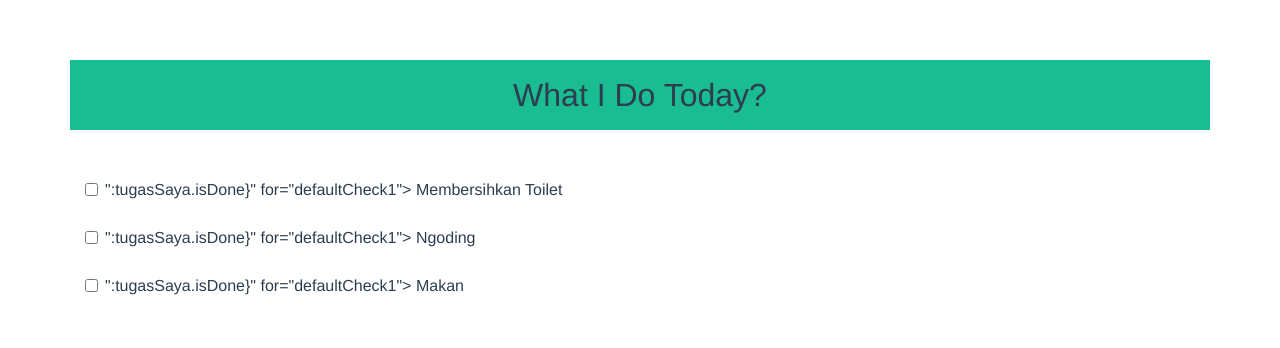
Repository: AdiPrimanto/praxis-academy
Page: / (app in novice/03-05/todolist/)
An editor plug-in stored every save of this project. The page is shown before and after a run of saves, followed by the edit.
The browser window is 1280 px wide. The pictures show the whole page.
The project was rebuilt for these pictures with package versions that can differ from the ones it lists, and the page was loaded fresh each time.

Above is the page before, as saved 2019-11-29 15:08:36.

After the next 2 saves:
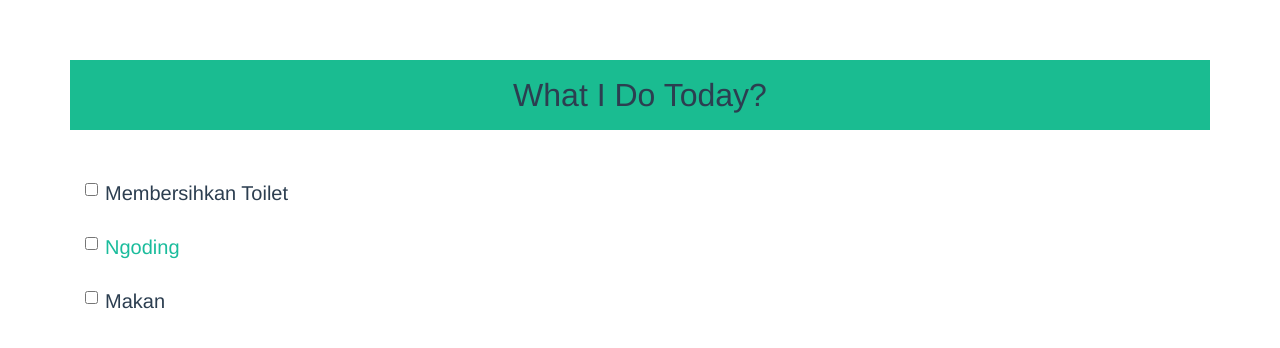
The 2 saves are shown as one change because they came seconds apart.
The last was saved 57 s later.
--- a/novice/03-05/todolist/src/App.vue
+++ b/novice/03-05/todolist/src/App.vue
@@ -13,7 +13,7 @@
               <div v-for="tugasSaya in tugas" v-bind:key="tugasSaya.id" class="mb-4 tugas col-lg-12 text-left">
                 <div class="form-check">
                   <input class="form-check-input" onclick="" type="checkbox" value="" id="defaultCheck1">
-                  <label class="form-check-label item" v-bind:class="{"item-completed":tugasSaya.isDone}" for="defaultCheck1">
+                  <label class="form-check-label item" v-bind:class="{'item-completed':tugasSaya.isDone}" for="defaultCheck1">
                     {{tugasSaya.nama}}
                   </label>
                 </div>
